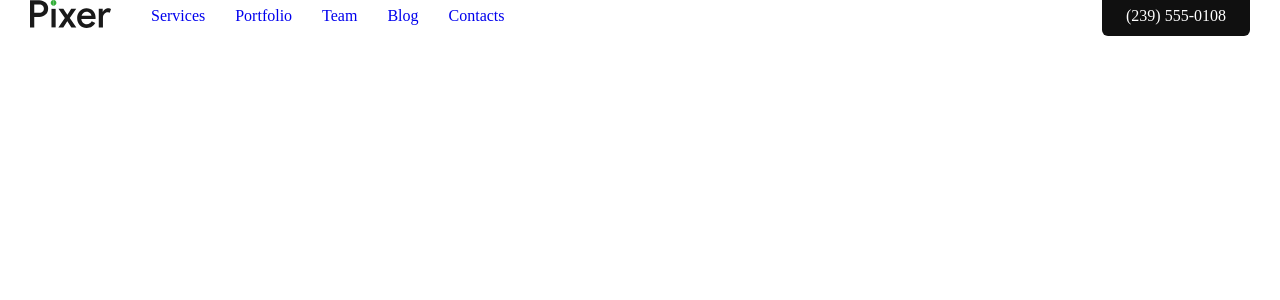
Repository: UlugbekAbdurasulov/pixar
Page: index.html
These files come from the project's save history. The page is drawn as it stood at one moment and after a run of saves; the edit follows.
The browser window is 1280 px wide. The pictures show the whole page.

Above is the page before, as saved 2023-06-04 23:14:11.

After the next 2 saves:
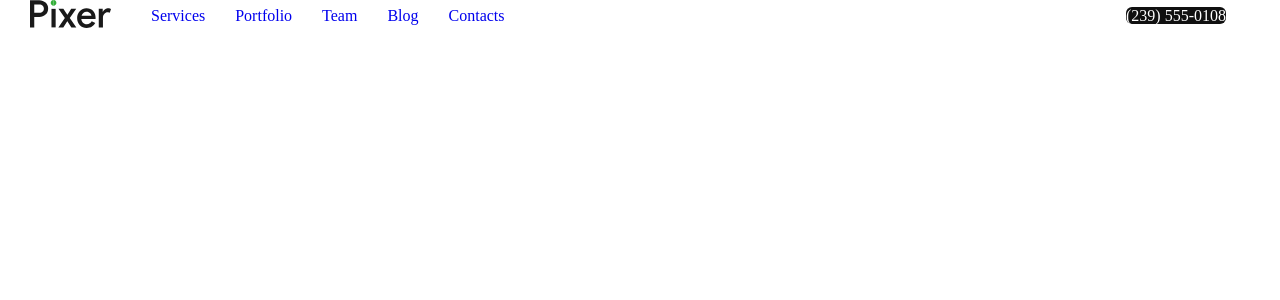
The 2 saves are shown as one change because they came seconds apart.
The last was saved 4 min 55 s later.
--- a/css/main.css
+++ b/css/main.css
@@ -80,5 +80,5 @@
     margin: auto right;
     background: #101010;
 border-radius: 6px;
-padding: 12px 24px;
+margin: 12px 24px;
 }

After the 2 saves that followed:
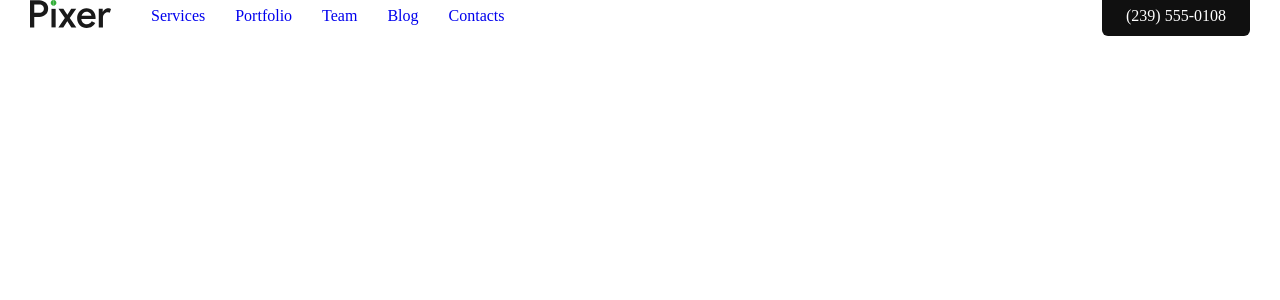
The 2 saves are shown as one change because they came seconds apart.
The last was saved 15 s later.
--- a/css/main.css
+++ b/css/main.css
@@ -80,5 +80,5 @@
     margin: auto right;
     background: #101010;
 border-radius: 6px;
-margin: 12px 24px;
+padding: 12px 24px;
 }
